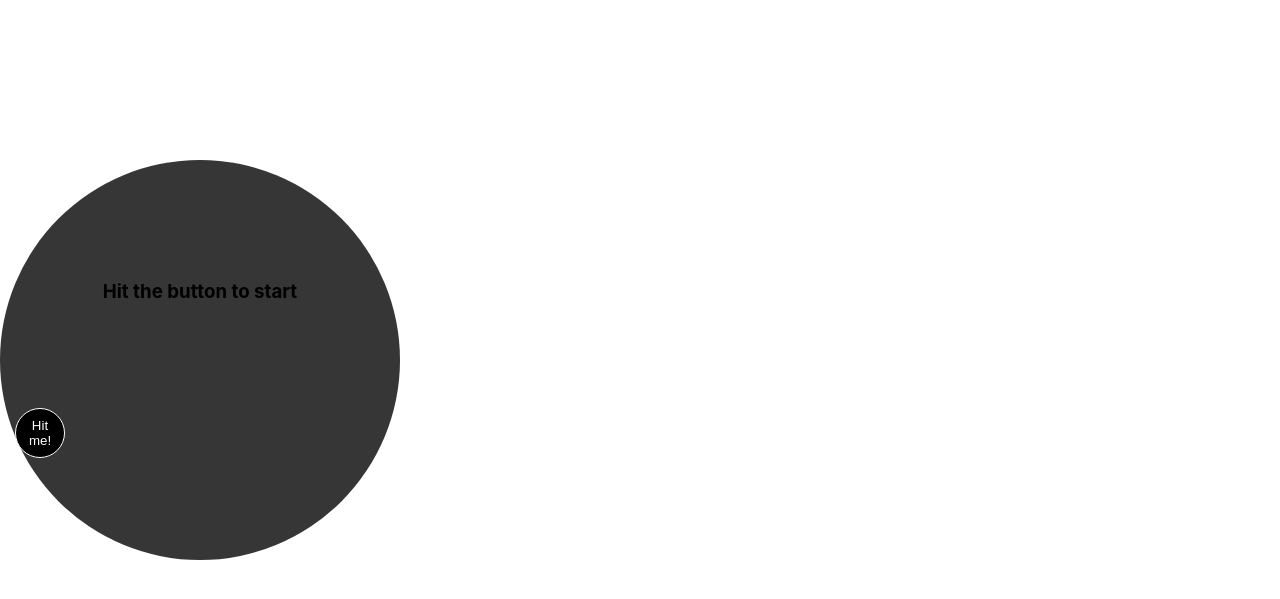
Repository: litalsh/Usless-Counter
Page: /
These files come from the project's save history. The page is drawn as it stood at one moment and after the next save; the edit follows.
The browser window is 1280 px wide. The pictures show the whole page.
The project was rebuilt for these pictures with package versions that can differ from the ones it lists, and the page was loaded fresh each time.

Above is the page before, as saved 2021-02-22 12:28:12.

After the next save:
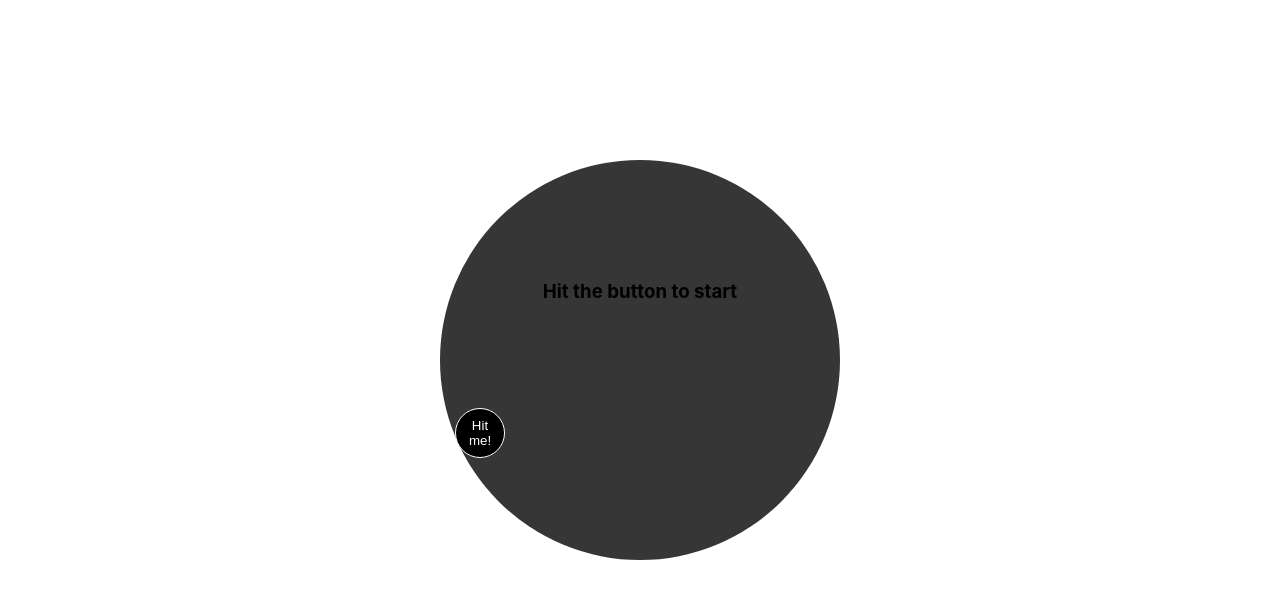
Saved 43 s later.
--- a/src/App.css
+++ b/src/App.css
@@ -3,7 +3,7 @@
   width: 100vw;
   height: 100vh;
   justify-content: center;
-  flex-direction: column;
+  flex-direction: row;
   margin: auto;
 }
 
@@ -18,7 +18,7 @@
   background: #363636;
   padding: 15px;
   box-sizing: border-box;
-  /* align-self: center; */
+  align-self: center;
 }
 
 button {
